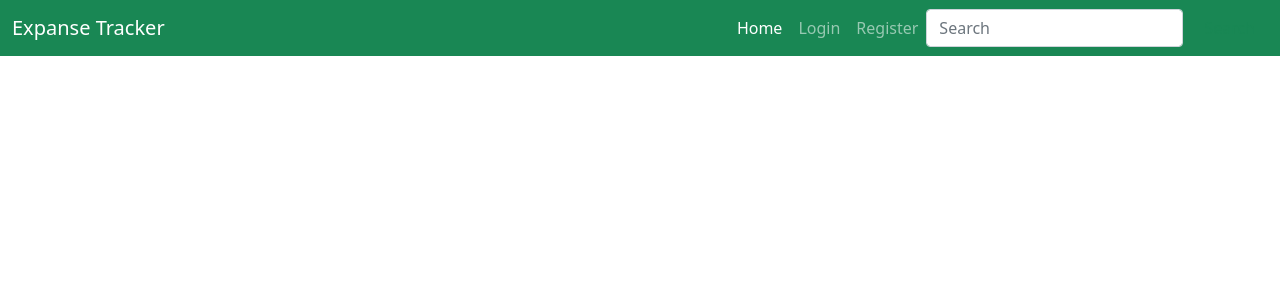
Repository: Hashim-Ansari-82/Java_Project
Page: http://localhost/Online_Expanse_Tracker/
These files come from the project's save history. The page is drawn as it stood at one moment and after the next save; the edit follows.
The browser window is 1280 px wide. The pictures show the whole page.
The page is served by Tomcat 9.

Above is the page before, as saved 2026-05-25 04:36:16.

After the next save:
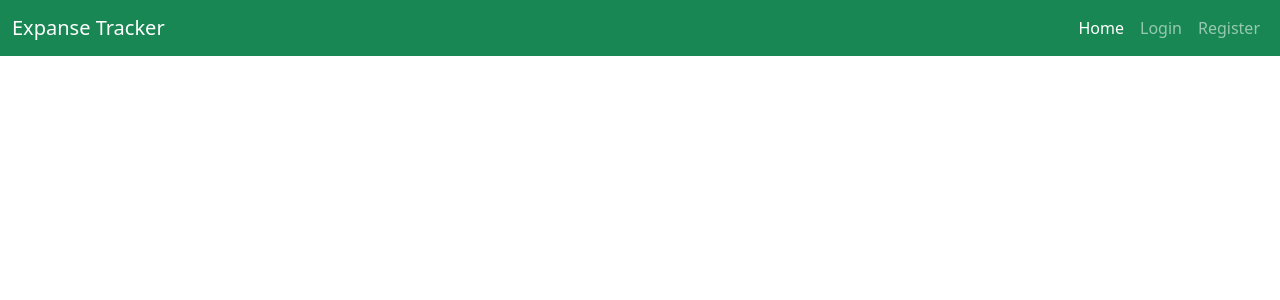
Saved 13 s later.
--- a/Online_Expanse_Tracker/src/main/webapp/index.jsp
+++ b/Online_Expanse_Tracker/src/main/webapp/index.jsp
@@ -29,11 +29,11 @@
 					<li class="nav-item"><a class="nav-link" href="#">Login</a></li>
 					<li class="nav-item"><a class="nav-link" href="#">Register</a></li>
 				</ul>
-				<form class="d-flex">
+				<!-- <form class="d-flex">
 					<input class="form-control me-2" type="search" placeholder="Search"
 						aria-label="Search">
 					<button class="btn btn-outline-success" type="submit">Search</button>
-				</form>
+				</form> -->
 			</div>
 		</div>
 	</nav>
